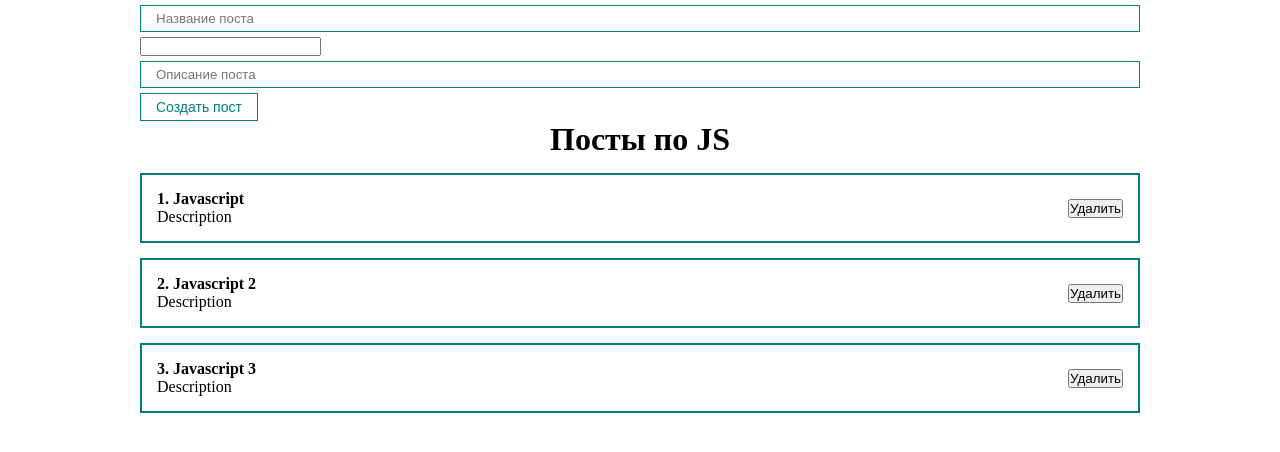
Repository: otvertka/ulb
Page: /
An editor plug-in stored every save of this project. The page is shown before and after the next save, followed by the edit.
The browser window is 1280 px wide. The pictures show the whole page.
The project was rebuilt for these pictures with package versions that can differ from the ones it lists, and the page was loaded fresh each time. Also part of the build but not shown: src/components/Counter.jsx, src/components/ClassCounter.jsx.

Above is the page before, as saved 2023-06-11 11:55:04.

### public/index.html
<!DOCTYPE html>
<html lang="en">
  <head>
    <meta charset="utf-8" />
    <meta name="viewport" content="width=device-width, initial-scale=1" />

    <title>React App</title>
  </head>
  <body>
    <noscript>You need to enable JavaScript to run this app.</noscript>
    <div id="root">
      <!-- ЗДЕСЬ БУДЕТ НАШЕ JS ПРИЛОЖЕНИЕ -->
    </div>
  </body>
</html>

### src/index.js
import React from "react";
import ReactDOM from "react-dom";
import App from "./App";

// const root = ReactDOM.createRoot(document.getElementById("root"));
// root.render(<App />);
ReactDOM.render(<App />, document.getElementById("root"));

### src/App.js
import React, { useState, useRef } from "react";

import Counter from "./components/Counter";
import ClassCounter from "./components/ClassCounter";
import "./styles/App.css";
import PostItem from "./components/PostItem";
import PostList from "./components/PostList";
import MyButton from "./components/UI/button/MyButton";
import MyInput from "./components/UI/input/MyInput";

function App() {
  const [posts, setPosts] = useState([
    { id: 1, title: "Javascript", body: "Description" },
    { id: 2, title: "Javascript 2", body: "Description" },
    { id: 3, title: "Javascript 3", body: "Description" },
  ]);

  const [title, setTitle] = useState("");
  const bodyInputRef = useRef();

  const addNewPost = (e) => {
    e.preventDefault();
    console.log(title);
    console.log(bodyInputRef.current);
  };
  // импортируем компонент
  return (
    <div className="App">
      <form>
        {/* Управляемый компонент */}
        <MyInput
          value={title}
          onChange={(e) => setTitle(e.target.value)}
          type="text"
          placeholder="Название поста"
        ></MyInput>
        <input ref={bodyInputRef} type="text" />
        <MyInput
          ref={bodyInputRef}
          type="text"
          placeholder="Описание поста"
        ></MyInput>
        <MyButton onClick={addNewPost}>Создать пост</MyButton>
      </form>
      <PostList posts={posts} title="Посты по JS" />
    </div>
  );
}

export default App;

### src/styles/App.css
* {
  margin: 0;
  padding: 0;
  box-sizing: border-box;
}

/* Рут- блок из index.html */
#root {
  display: flex;
  justify-content: center;
}

.App {
  width: 1000px;
}

.post {
  display: flex;
  padding: 15px;
  border: 2px solid teal;
  margin-top: 15px;
  justify-content: space-between;
  align-items: center;
}

### src/components/PostItem.jsx
import React from "react";

// Props - входные данные в контексте Реакта. Можно представлять, что это аргумент функции, в кот. мы можем что-то передавать снаружи
const PostItem = (props) => {
  // console.log(props);
  return (
    <div className="post">
      <div className="post__content">
        <strong>
          {props.post.id}. {props.post.title}
        </strong>
        <div>{props.post.body}</div>
      </div>
      <div className="post__btns">
        <button>Удалить</button>
      </div>
    </div>
  );
};

export default PostItem;

### src/components/PostList.jsx
import React from "react";
import PostItem from "./PostItem";

const PostList = ({ posts, title }) => {
  return (
    <div>
      <h1 style={{ textAlign: "center" }}>{title}</h1>
      {posts.map((post) => (
        <PostItem post={post} key={post.id} />
      ))}
    </div>
  );
};

export default PostList;

### src/components/UI/button/MyButton.jsx
import React from "react";
import classes from "./MyButton.module.css";

const MyButton = ({ children, ...props }) => {
  return (
    //
    <button {...props} className={classes.myBtn}>
      {children}
    </button>
  );
};

export default MyButton;

### src/components/UI/input/MyInput.jsx
import React from "react";
import classes from "./MyInput.module.css";

const MyInput = React.forwardRef((props, ref) => {
  return (
    //
    <input ref={ref} className={classes.myInput} {...props} />
  );
});

export default MyInput;

Loaded but not shown: src/components/UI/button/MyButton.module.css (common file); src/components/UI/input/MyInput.module.css (common file)

After the next save:
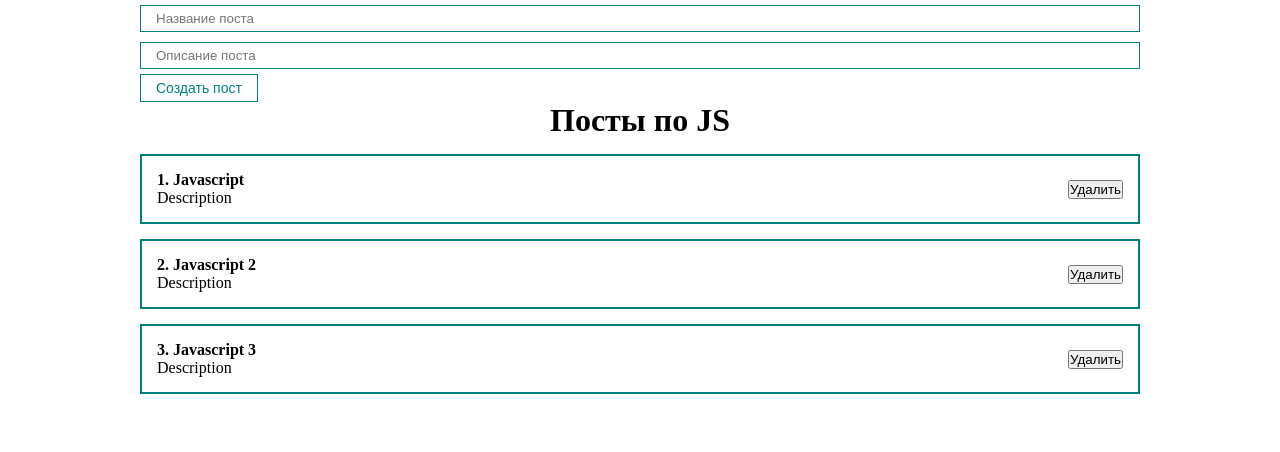
Saved 60 s later.
--- a/src/App.js
+++ b/src/App.js
@@ -34,7 +34,7 @@ function App() {
           type="text"
           placeholder="Название поста"
         ></MyInput>
-        <input ref={bodyInputRef} type="text" />
+
         <MyInput
           ref={bodyInputRef}
           type="text"
